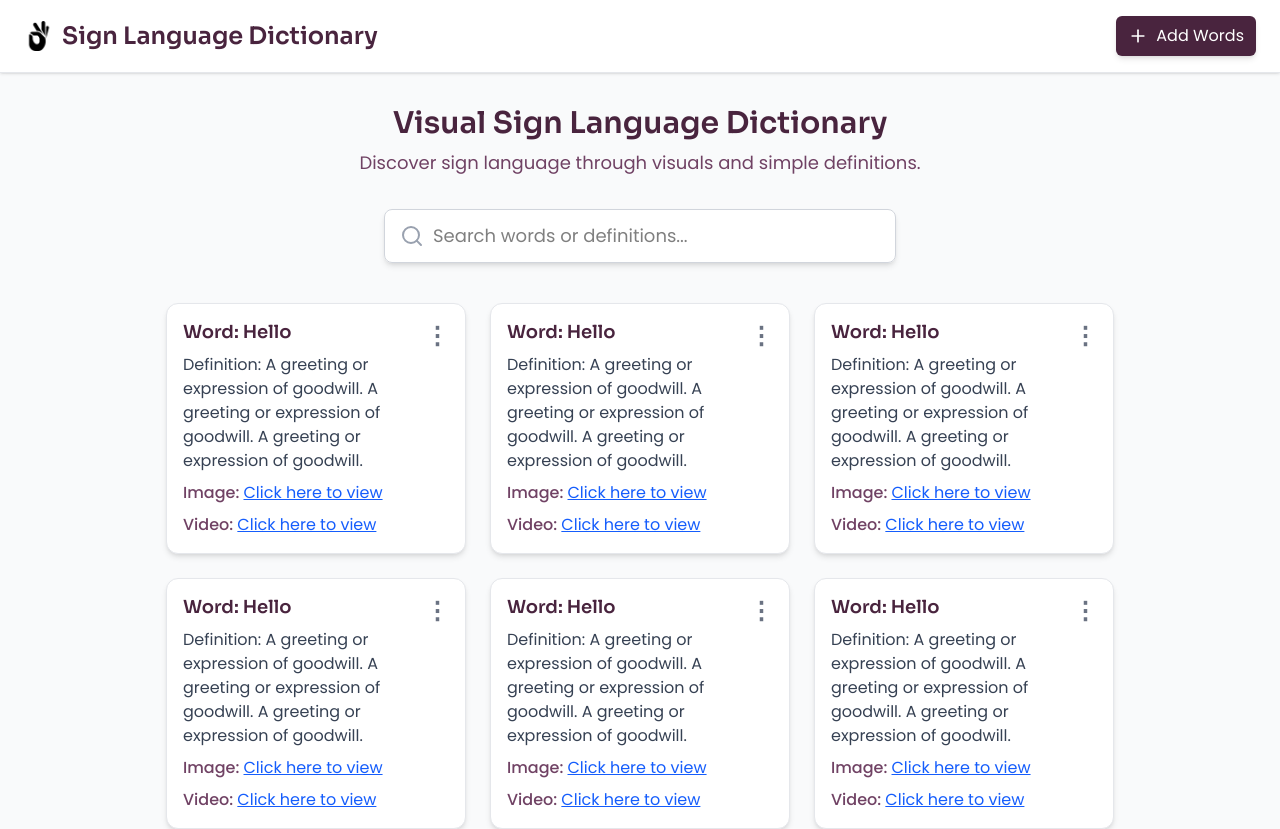
Repository: jabir12-12/sign-setu
Page: /
These files come from the project's save history. The page is drawn as it stood at one moment and after the next save; the edit follows.
The browser window is 1280 px wide. The pictures show the whole page.
The project was rebuilt for these pictures with package versions that can differ from the ones it lists, and the page was loaded fresh each time. The framework's server and built-in components were replaced by stand-ins that run in the browser. Also part of the build but not shown: next.config.ts.

Above is the page before, as saved 2025-05-27 17:33:09.

### app/page.tsx
'use client';
import React, { useState } from 'react';
import { Plus, Search } from 'lucide-react';
import Dialog from '@mui/material/Dialog';
import DialogActions from '@mui/material/DialogActions';
import DialogContent from '@mui/material/DialogContent';
import DialogTitle from '@mui/material/DialogTitle';
import Button from '@mui/material/Button';
import Image from 'next/image';
import { IconButton, Typography } from '@mui/material';

export default function StockDashboard() {
  const [isopen, setIsOpen] = useState(false);
  return (
    <div className="bg-gray-50 min-h-screen flex flex-col">
      {/* Header */}
      <header className="sticky top-0 z-10 flex flex-wrap justify-between items-center px-4 md:px-6 py-3 md:py-4 bg-white border-b border-gray-200 shadow-sm">
        {/* Left: Logo & Title */}
        <div className="flex items-center space-x-2 mb-2 md:mb-0 justify-center">
          <Image
            src="/images/ok.png"
            alt="Logo icon"
            width={30}
            height={30}
          />
          <h1 className="text-[#49243E] font-semibold text-lg md:text-2xl whitespace-nowrap">
            Sign Language Dictionary
          </h1>
        </div>

        {/* Right: Add Button */}
        <div className="flex items-center gap-2">
          <button className="bg-[#49243E] text-white px-3 py-2 rounded-full md:rounded-md flex items-center justify-center hover:bg-[#704264] transition-colors duration-200 shadow-md hover:shadow-md"
            onClick={() => setIsOpen(true)}>
            <Plus className="w-5 h-5" />
            <span className="hidden md:inline ml-2">Add Words</span>
          </button>
        </div>
      </header>

      {/* Centered Search Bar */}
      <>
        <div className="text-center mt-8 px-4">
          <h2 className="text-2xl md:text-3xl font-semibold text-[#49243E]">
            Visual Sign Language Dictionary
          </h2>
          <p className="text-md md:text-lg text-[#704264] mt-2">
            Discover sign language through visuals and simple definitions.
          </p>
        </div>

        <div className="flex justify-center mt-8 px-4">
          <div className="relative w-full max-w-lg shadow-md rounded-lg bg-white">
            <span className="absolute inset-y-0 left-0 pl-4 flex items-center text-gray-400">
              <Search className="w-6 h-6" />
            </span>
            <input
              type="text"
              placeholder="Search words or definitions..."
              className="w-full pl-12 pr-5 py-3 text-lg border border-gray-300 rounded-lg focus:outline-none focus:ring-2 focus:ring-[#BB8493] focus:border-[#BB8493] hover:border-gray-400 transition-all duration-200"
            />
          </div>
        </div>

        {/* Display Section - row-wise cards */}
        <div className="mt-10 px-4 max-w-7xl mx-auto flex flex-wrap justify-center gap-6">
          {[1, 2, 3, 4, 5, 6].map((item, index) => (
            <div
              key={index}
              className="relative bg-white w-[300px] rounded-xl shadow-md p-4 border border-gray-200 hover:shadow-lg transition duration-200"
            >
              {/* 3 Dots Menu */}
              <div className="absolute top-4 right-4 cursor-pointer text-gray-500 hover:text-gray-700">
                <span className="text-2xl font-bold">⋮</span>
              </div>

              <h3 className="text-xl font-semibold text-[#49243E] mb-2">Word: Hello</h3>
              <p className="text-gray-700 mb-2">
                Definition: A greeting or expression of goodwill. A greeting or expression of goodwill.
                A greeting or expression of goodwill.
              </p>

              <div className="mb-2">
                <span className="font-medium text-[#704264]">Image: </span>
                <a
                  href="https://example.com/image.jpg"
                  target="_blank"
                  rel="noopener noreferrer"
                  className="text-blue-600 underline"
                >
                  Click here to view
                </a>
              </div>

              <div>
                <span className="font-medium text-[#704264]">Video: </span>
                <a
                  href="https://example.com/video.mp4"
                  target="_blank"
                  rel="noopener noreferrer"
                  className="text-blue-600 underline"
                >
                  Click here to view
                </a>
              </div>
            </div>
          ))}
        </div>
      </>

      {/* Add Words */}
      <Dialog open={isopen} onClose={() => setIsOpen(false)} maxWidth="xs" fullWidth>
        <DialogTitle
          sx={{
            display: 'flex',
            justifyContent: 'space-between',
            alignItems: 'center',
            padding: '1rem 1.5rem',
            color: '#1D2939',
            fontWeight: 'bold',
            fontSize: '1.125rem'
          }}
        >
          <span className="text-black text-md">Add Word</span>
          <IconButton
            onClick={() => setIsOpen(false)}
            sx={{ width: 32, height: 32 }}
          >
            <Image src="/images/cancel-01.svg" alt="Cancel" width={20} height={20} />
          </IconButton>
        </DialogTitle>
        <DialogContent sx={{ padding: '0 1.5rem 1.5rem' }}>
          <div className="space-y-4">
            <div>
              <label className="block text-sm font-medium text-gray-700">Word</label>
              <input
                type="text"
                placeholder="Enter word"
                className="mt-1 block w-full border border-gray-300 rounded-md px-3 py-2 text-sm outline-none focus:ring-[#49243E] focus:border-[#49243E] hover:border-[#49243E] transition duration-200"
              />
            </div>

            <div>
              <label className="block text-sm font-medium text-gray-700">Definition</label>
              <textarea
                placeholder="Enter definition"
                rows={3}
                className="mt-1 block w-full border border-gray-300 rounded-md px-3 py-2 text-sm outline-none focus:ring-[#49243E] focus:border-[#49243E] hover:border-[#49243E] transition duration-200"
              />
            </div>

            <div>
              <label className="block text-sm font-medium text-gray-700">Image URL</label>
              <input
                type="url"
                placeholder="Enter external link (optional)"
                className="mt-1 block w-full border border-gray-300 rounded-md px-3 py-2 text-sm outline-none focus:ring-[#49243E] focus:border-[#49243E] hover:border-[#49243E] transition duration-200"
              />
            </div>

            <div>
              <label className="block text-sm font-medium text-gray-700">Video URL</label>
              <input
                type="url"
                placeholder="Enter image URL"
                className="mt-1 block w-full border border-gray-300 rounded-md px-3 py-2 text-sm outline-none focus:ring-[#49243E] focus:border-[#49243E] hover:border-[#49243E] transition duration-200"
              />
            </div>
          </div>
        </DialogContent>


        <DialogActions
          sx={{
            padding: '1rem 1.5rem',
            borderTop: '1px solid #D0D5DD',
            display: 'flex',
            justifyContent: 'flex-end',
            gap: 1.5
          }}
        >
          <Button
            onClick={() => setIsOpen(false)}
            variant="outlined"
            sx={{
              padding: '0.625rem 1.5rem',
              fontWeight: 600,
              borderRadius: '8px',
              fontSize: '0.875rem',
              borderColor: '#D0D5DD',
              color: '#344054',
              textTransform: 'none',
              '&:hover': {
                backgroundColor: '#F2F4F7',
                borderColor: '#D0D5DD'
              }
            }}
          >
            Cancel
          </Button>
          <Button
            onClick={() => {
              () => setIsOpen(false)
            }}
            variant="contained"
            sx={{
              padding: '0.625rem 1.5rem',
              fontWeight: 600,
              fontSize: '0.875rem',
              borderRadius: '8px',
              backgroundColor: '#49243E',
              textTransform: 'none',
              boxShadow: 'inset 0 1px 1px rgba(0,0,0,0.05)',
              '&:hover': {
                backgroundColor: '#704264'
              }
            }}
          >
            Add Words
          </Button>
        </DialogActions>
      </Dialog>

    </div>
  );
}

### app/globals.css
@import url('https://fonts.googleapis.com/css2?family=Poppins:wght@400;500;600&family=Inter:wght@400;500;600&family=Sora:wght@400;500;600;700;800&display=swap');
@import url('https://fonts.googleapis.com/css2?family=Inter:wght@400;700&display=swap');

@import "tailwindcss";

body {
  background-color: #f7f8fb;
  margin: 0;
  padding: 0;
  font-family: 'Poppins', sans-serif;
  justify-content: center;
  align-items: center;
  height: 100vh;
}

.video-js .vjs-playback-rate {
  font-size: 10px;
  transform: translateY(12px);
  /* Moves the button down by 10px */

}

.heading .head {
  font-family: 'Sora', sans-serif;
  font-size: 24px;
  /* Example size */
  font-weight: 700;
}

/* Example for other headings if needed */
h1,
h2,
h3,
h4,
h5,
h6 {
  font-family: 'Sora', sans-serif;
}

h3 {
  font-size: 18px;
  font-weight: 600;
}

/* Ensure that other text elements use Poppins */
p,
span,
div {
  font-family: 'Poppins', sans-serif;
}

.button {
  outline: none;
}

/* Custom scrollbar styles */

::-webkit-scrollbar {
  width: 7px;
  height: 7px;
}

::-webkit-scrollbar-thumb {
  background-color: rgba(234, 236, 240, 1);
  ;

  border-radius: 100px;
}

::-webkit-scrollbar-track {
  background: "white";

}

/* THIS IS FOR TEXT-EDITOR IN DISSCUSSION TAB --------------------------*/
.custom-quill .ql-container {
  border: none !important;
  /* Remove the border from the container */
}

.custom-quill .ql-editor {
  border: none !important;
  /* Ensure no border around the editor */
}

.custom-quill:focus {
  outline: none;
  /* Remove outline on focus */
}

.custom-quill .ql-editor {
  font-size: 16px;
  /* Set text size to 16px */
  font-family: 'Poppins', sans-serif;
  font-style: normal;
  /* Use the Poppins font */

}

.custom-quill .ql-editor:empty::before {

  /* Show placeholder */
  color: #667085;
  /* Placeholder color */
  font-family: 'Poppins', sans-serif;
  font-style: normal;
  /* Poppins font for placeholder */
  font-size: 16px;
  /* Placeholder size */
  position: absolute;
  /* Position it absolutely */
  left: 10px;
  /* Adjust according to your padding */
  top: 10px;
  /* Adjust according to your padding */
  pointer-events: none;
  /* Prevent interaction */
}

.custom-quill .ql-editor:focus::before {
  display: none;
  /* Hide placeholder on focus */
}

/* -------------------------------------------------- */
/* FOR TOOLTIP FOR TEST PAGE ONLY ->learn Tab */


.tooltipText {
  position: absolute;
  color: white;
  bottom: 125%;
  /* Position above the button */
  left: 50%;
  /* Center horizontally */
  transform: translateX(-50%);
  /* Adjust to center the tooltip */

  z-index: 3;
  background-color: #131313;
  box-shadow: 0 5px 10px rgba(0, 0, 0, 0.3);
  padding: 6px 14px;
  /* Padding inside the tooltip */
  width: 204px;
  /* Fixed width */
  height: auto;
  /* Hug content (height grows with content) */
  min-height: 78px;
  /* Minimum height */
  font-size: 15px;
  font-weight: 400;
  border-radius: 5px;
  white-space: normal;
  /* Allow text wrapping for longer content */
  opacity: 0;
  pointer-events: none;
  transition: all 0.4s ease;
}

.tooltip:hover .tooltipText {
  opacity: 1;
  pointer-events: auto;
  transform: translate(-50%, -10px);
  /* Move tooltip slightly up on hover */
}

.drawer-overlay {
  background-color: transparent !important;
  /* Makes the overlay transparent */
}

/* magic.module.css */
.customCheckbox input[type="checkbox"]:checked {
  background-color: #9012FF;
  border-color: #9012FF;
}

/* Add this to your global CSS file */
.ql-container .ql-editor img {
  cursor: pointer;
}

.image-resizer {
  border: 1px dashed #999;
  position: absolute;
}

.image-resizer .resize-handle {
  background-color: #fff;
  border: 1px solid #999;
  height: 8px;
  width: 8px;
  position: absolute;
}

.image-resizer .resize-handle.se {
  bottom: -5px;
  right: -5px;
  cursor: se-resize;
}

.image-resizer .resize-handle.sw {
  bottom: -5px;
  left: -5px;
  cursor: sw-resize;
}

.image-resizer .resize-handle.ne {
  top: -5px;
  right: -5px;
  cursor: ne-resize;
}

.image-resizer .resize-handle.nw {
  top: -5px;
  left: -5px;
  cursor: nw-resize;
}


@layer base {
  :root {
    --radius: 0.5rem;
    --chart-1: 12 76% 61%;
    --chart-2: 173 58% 39%;
    --chart-3: 197 37% 24%;
    --chart-4: 43 74% 66%;
    --chart-5: 27 87% 67%;
  }

  .dark {
    --chart-1: 220 70% 50%;
    --chart-2: 160 60% 45%;
    --chart-3: 30 80% 55%;
    --chart-4: 280 65% 60%;
    --chart-5: 340 75% 55%;
  }
}

Loaded but not shown: app/layout.tsx (common file)

After the next save:
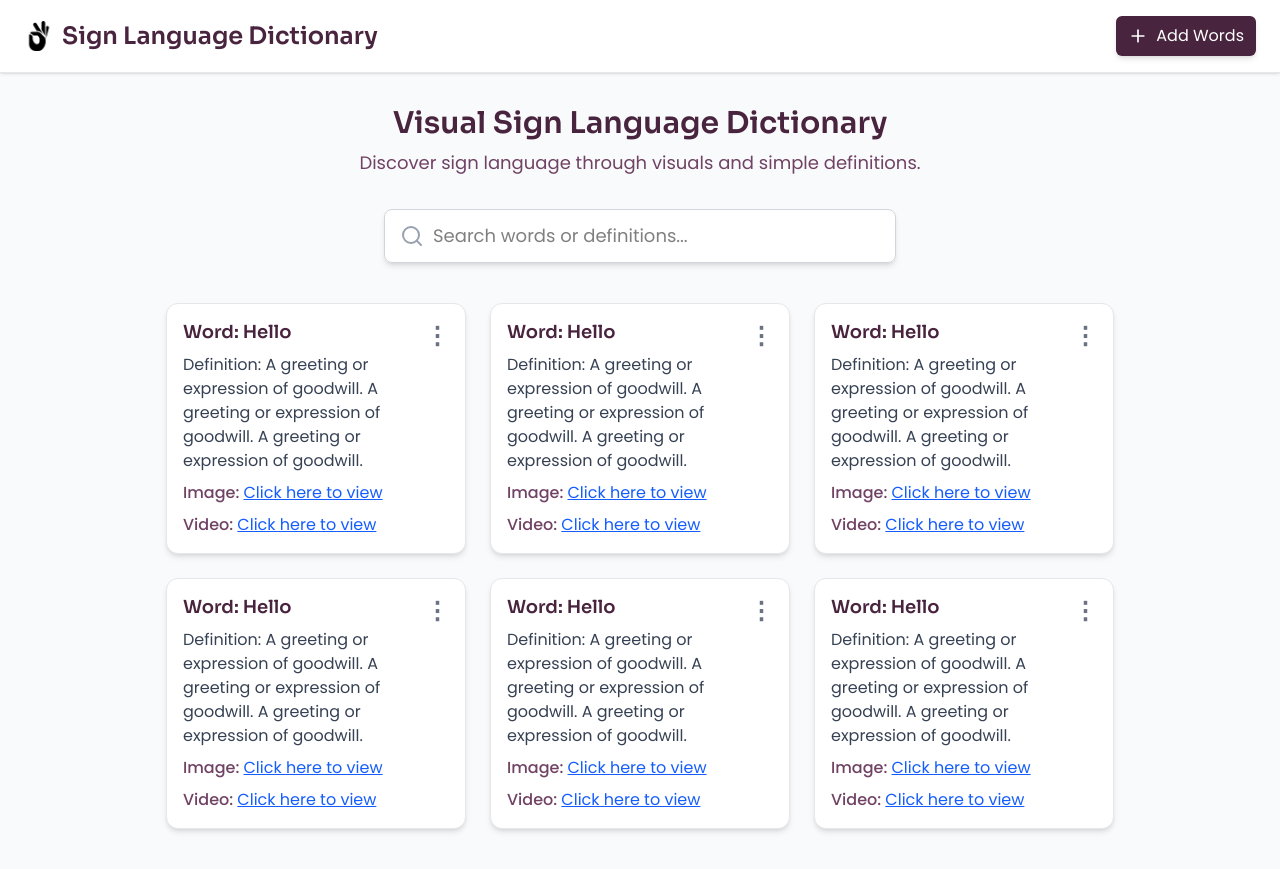
Saved 31 s later.
--- a/app/page.tsx
+++ b/app/page.tsx
@@ -63,7 +63,7 @@ export default function StockDashboard() {
         </div>
 
         {/* Display Section - row-wise cards */}
-        <div className="mt-10 px-4 max-w-7xl mx-auto flex flex-wrap justify-center gap-6">
+        <div className="my-10 px-4 max-w-7xl mx-auto flex flex-wrap justify-center gap-6">
           {[1, 2, 3, 4, 5, 6].map((item, index) => (
             <div
               key={index}
